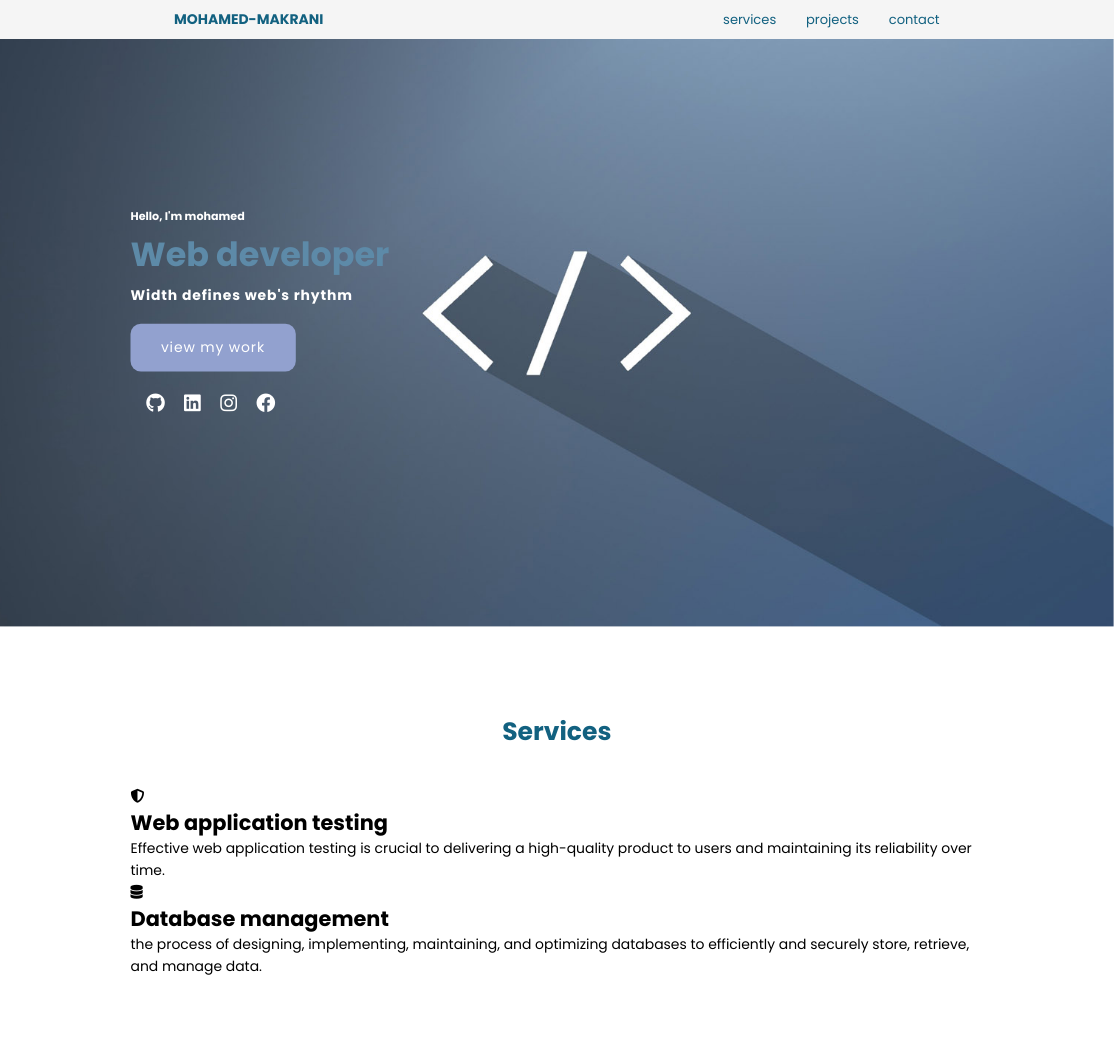
Repository: mohamed-makrani/Portfolio
Page: indixe.html
An editor plug-in stored every save of this project. The page is shown before and after the next save, followed by the edit.
The browser window is 1280 px wide. The pictures show the whole page, at 87% of full size.
Backgrounds fixed to the window are drawn as part of the page.

Above is the page before, as saved 2023-09-16 20:06:47.

### indixe.html
<!DOCTYPE html>
<html lang="en">
<head>
    <meta charset="UTF-8">
    <meta name="descreption" content="makrani-mohamed/portfilio"/>
    <title>Mohamed-makrani</title>
    <link rel="stylesheet" href="https://cdnjs.cloudflare.com/ajax/libs/font-awesome/6.4.2/css/all.min.css"/>
    <link  rel="stylesheet" href="style.css" />
</head>
<body>
    <header>
        <a class="logo" href="#" >Mohamed-makrani</a>
        <nav class="navigation">
            <a href="#services" >services</a>
            <a href="#" > projects</a>
            <a href="#"> contact </a>

        </nav>
    </header>
    <section class="main">
        <div>
            <h6>Hello, I'm mohamed </h6>
            <h1>Web developer</h1>
            <h4>Width defines web's rhythm</h4>
        <a href="#" class="main-button">view my work</a>
        <div class="social-media">
            <a href="#" ><i class="fa-brands fa-github"></i></a>
            <a href="#" ><i class="fa-brands fa-linkedin"></i></a>
            <a href="#"><i class="fa-brands fa-instagram"></i></a>
            <a href="#"><i class="fa-brands fa-facebook"></i></a>
        </div>
        </div>
    </section>
    <section class="cards" id="services" >
        <h2 class="title">Services</h2>
        <div class="content" >
            <div class="card">
                <div class="icon"><i class="fa-solid fa-shield-halved"></i></div>
                <div class="info">
                    <h2>Web application testing</h2>
                    <p>Effective web application testing is crucial to delivering a high-quality product to users and maintaining its reliability over time.</p>
                </div>
            </div>
            <div class="card">
                <div class="icon"><i class="fa-solid fa-database"></i></div>
                <div class="info">
                    <h2>Database management</h2>
                    <p>the process of designing, implementing, maintaining, and optimizing databases to efficiently and securely store, retrieve, and manage data.</p>
                </div>
            </div>







        </div>
    </section>





</body>
</html>

### style.css
@import url('https://fonts.googleapis.com/css2?family=Poppins:ital,wght@0,200;0,300;0,400;0,500;0,600;0,700;0,800;0,900;1,100;1,200;1,300;1,400;1,500;1,600;1,700;1,800;1,900&display=swap');

*{

    font-family: 'Poppins', sans-serif;
    margin: 0;
    padding: 0;
    box-sizing: border-box;
    scroll-behavior: smooth;
}
 header{

    background-color: #f5f5f5;
    width: 100%;
    position: fixed;
    display: flex;
    z-index: 999;
    justify-content: space-between;
    align-items: center;
    padding: 10px 200px;

 }
 .logo {
    /* default is 16 px */

    text-decoration: none;
    font-size: 16px;
    color: #126180;
    text-transform: uppercase;
    font-weight: 700;
 }
 .navigation a{
    color: #126180;
    font-size: 15px;
    font-weight: 600px;
    text-decoration: none;
    padding-left:  30px;

 }
.navigation a:hover {

color: rgb(83, 15, 146);
}
 section {

   padding: 100px 150px;
 }
 .main{

   width: 100%;
   min-height: 100vh;
   display: flex;
   align-items: center;
   background:url(backround.jpg) no-repeat;
   background-size: cover;
   background-position:center ;
   background-attachment: fixed;

 }
 .main h6 {

   color: white;
   font-weight:500px ;
   font-size: 0.8em;


 }

 .main h1 {

   color:#5d8aa8 ;
   font-size: 2.4em;
   font-weight: 500px;
   margin-top: 6px;
 }
 .main h4 {

   color: white;
   font-size: 1em;
   font-weight: 500px;
   margin-top: 6px;
   margin-bottom: 20px;
   letter-spacing:1px;
 }
.main-button {

color : white;
text-decoration: none;
background-color: #92a1cf;
letter-spacing : 1px;
font-size: 1em;
font-weight: 600px;
display: inline-block;
padding: 0.935em 2.187em;
border-radius: 12px;
margin-bottom: 20px;
transition: 0.7s ease;

}
.main-button :hover{
   background-color:#545aa7;
   transform: scale(1.1);
}
.social-media a{

   color: white;
   font-size: 22px;
   padding-left: 18px;

}

.title {

   display: flex;
   justify-content: center;
   color:#126180;
   font-size:1.8em ;
   font-weight: 700px;
   margin-bottom: 40px;
}
.content{
   display: flex;
   justify-content: center;
   flex-direction: row;
   flex-wrap: wrap;
}

After the next save:
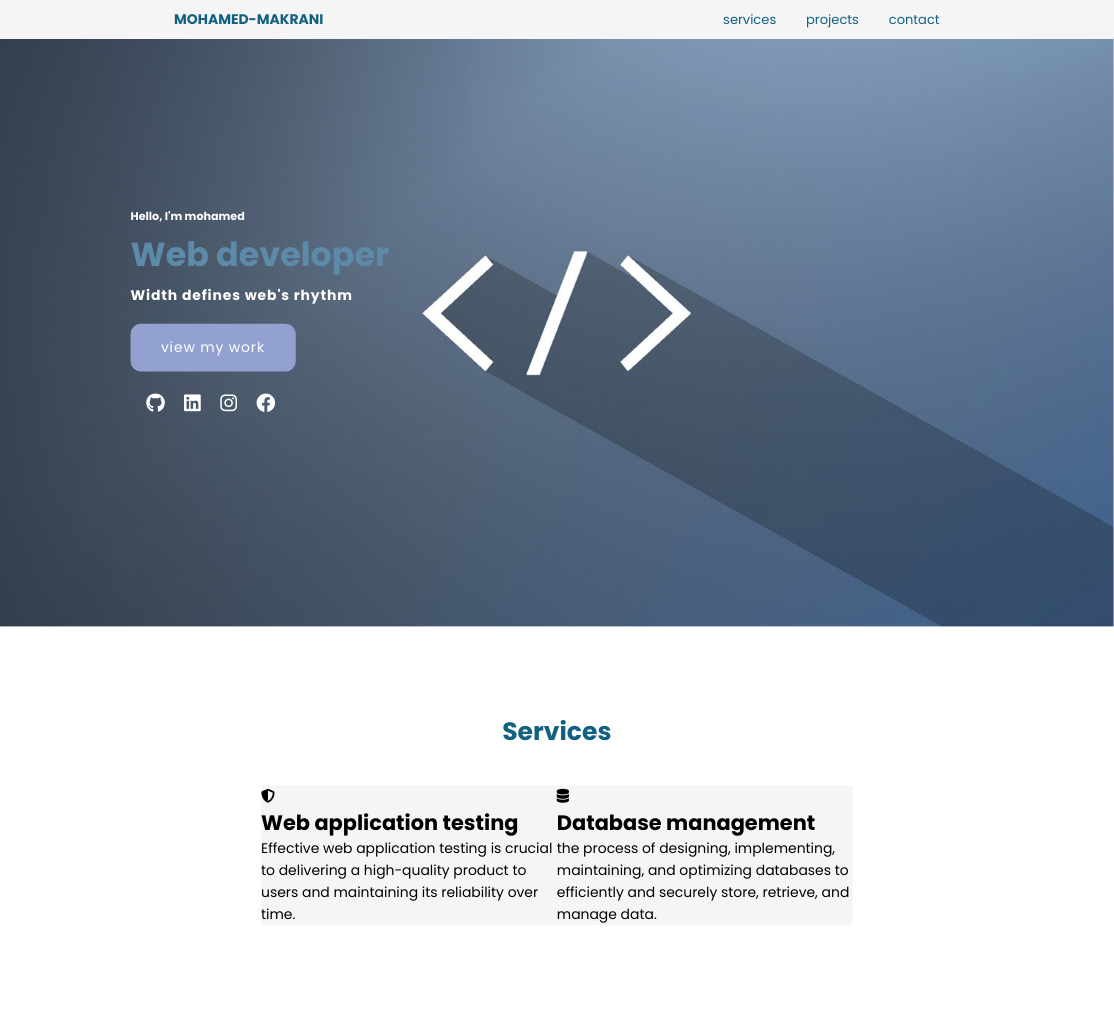
Saved 72 s later.
--- a/style.css
+++ b/style.css
@@ -124,3 +124,7 @@ transition: 0.7s ease;
    flex-direction: row;
    flex-wrap: wrap;
 }
+.card {
+   background-color:#f5f5f5;
+   width:21.25em;
+}
